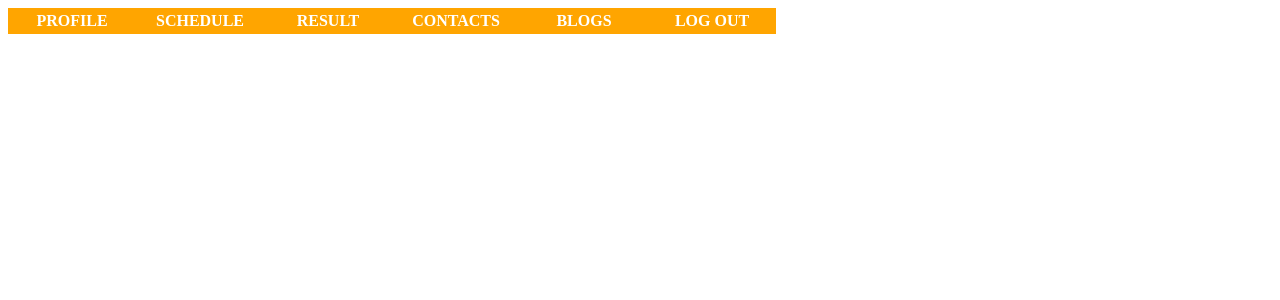
Repository: feefifofannie/SapientNitroTraining
Page: WebProject/WebContent/PortalExercise/index.html
An editor plug-in stored every save of this project. The page is shown before and after the next save, followed by the edit.
The browser window is 1280 px wide. The pictures show the whole page.

Above is the page before, as saved 2015-09-15 07:21:52.

### WebProject/WebContent/PortalExercise/index.html
<!DOCTYPE html>
<html>
<head>
<title>Project</title>
<meta name="viewport" content="width=device-width, initial-scale=1.0">
<style>
ul {
	list-style-type: none;
	margin: 0;
	padding: 0;
	overflow: hidden;
}

li {
	float: left;
}

a:link,a:visited {
	display: block;
	width: 120px;
	font-weight: bold;
	color: #FFFFFF;
	background-color: orange;
	text-align: center;
	padding: 4px;
	text-decoration: none;
	text-transform: uppercase;
}

a:hover,a:active {
	background-color: #ffb66c;
}
</style>
</head>
<body>
	<ul>
		<li><a href="#home">Profile</a></li>
		<li><a href="#news">Schedule</a></li>
		<li><a href="#contact">Result</a></li>
		<li><a href="#about">Contacts</a></li>
		<li><a href="#about">Blogs</a></li>
		<li><a href="#about">Log Out</a></li>
	</ul>
	<script src="http://code.jquery.com/jquery.js"></script>
</body>
</html>

After the next save:
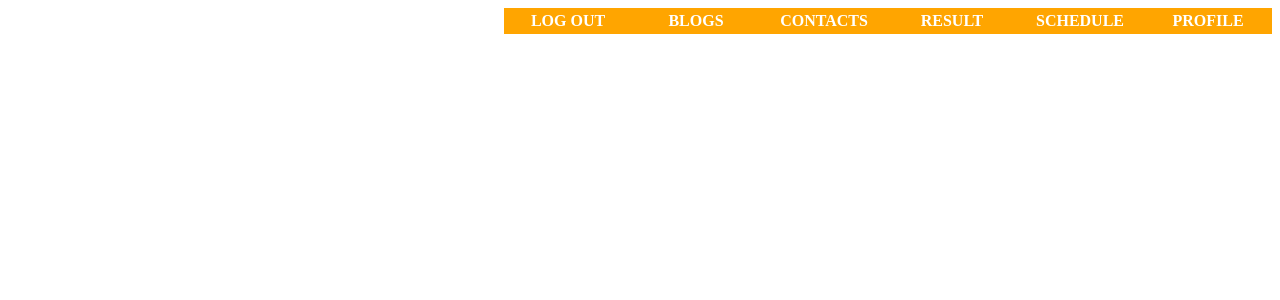
Saved 38 min 25 s later.
--- a/WebProject/WebContent/PortalExercise/index.html
+++ b/WebProject/WebContent/PortalExercise/index.html
@@ -12,7 +12,7 @@ ul {
 }
 
 li {
-	float: left;
+	float: right;
 }
 
 a:link,a:visited {
